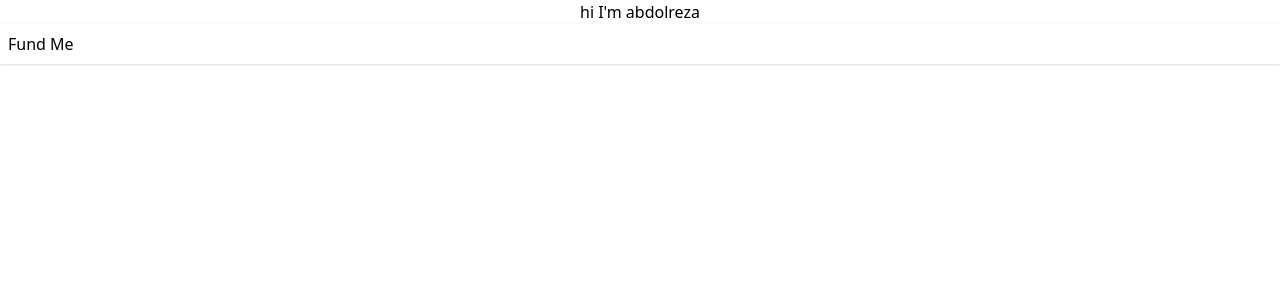
Repository: mavidev93/fund-me
Page: /
The author's editor kept a copy of each file at every save. The page is drawn from the files as they stood at one save, then again after the next save.
The browser window is 1280 px wide. The pictures show the whole page.
The project was rebuilt for these pictures with package versions that can differ from the ones it lists, and the page was loaded fresh each time. Also part of the build but not shown: craco.config.js, src/App.css.

Above is the page before, as saved 2022-02-14 16:39:48.

### src/index.css
@tailwind base;
@tailwind components;
@tailwind utilities;
* {
  padding: 0;
  margin: 0;
  box-sizing: border-box;
}

### src/App.tsx
//react
import React from "react";

//app
import FundMeInterface from "./Components/FundmeInterface/FundMeInterface";



//styles
import "./App.css";

function App() {
  return (
    <div className="App">
      <h1 className="text-center">hi I'm abdolreza</h1>
      <FundMeInterface />
    </div>
  );
}

export default App;

### src/Components/FundmeInterface/FundMeInterface.tsx
//third party
import { ethers } from "ethers";
//app
import FundMe from "../../artifacts/contracts/FundMe.sol/FundMe.json";

//type for ether js
declare let window: any;

//contract addresses
const fundMeAddress = "0x5FbDB2315678afecb367f032d93F642f64180aa3";

function FundMeInterface() {
  //event handlers

  return <div className="flex shadow p-2">
    <h2>Fund Me </h2>


  </div>;
}

export default FundMeInterface;

Loaded but not shown: public/index.html (common file); src/index.tsx (common file); src/reportWebVitals.ts (common file)

After the next save:
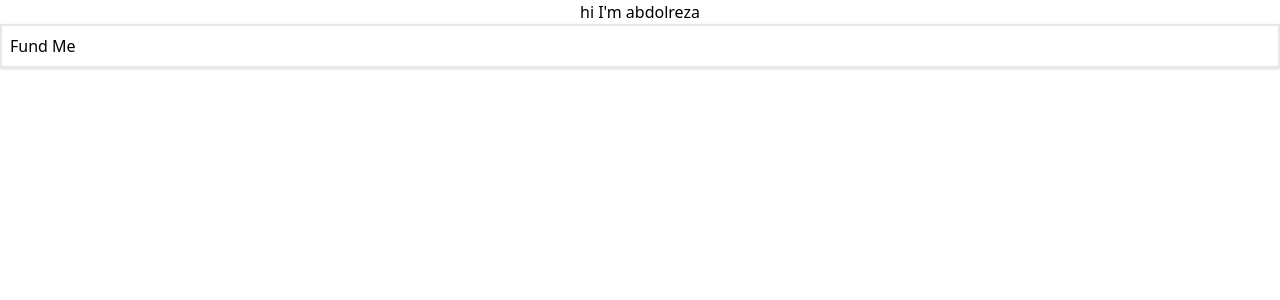
Saved 47 s later.
--- a/src/Components/FundmeInterface/FundMeInterface.tsx
+++ b/src/Components/FundmeInterface/FundMeInterface.tsx
@@ -12,11 +12,11 @@ const fundMeAddress = "0x5FbDB2315678afecb367f032d93F642f64180aa3";
 function FundMeInterface() {
   //event handlers
 
-  return <div className="flex shadow p-2">
-    <h2>Fund Me </h2>
-
-
-  </div>;
+  return (
+    <div className="flex shadow p-2 border-2">
+      <h2>Fund Me </h2>
+    </div>
+  );
 }
 
 export default FundMeInterface;
